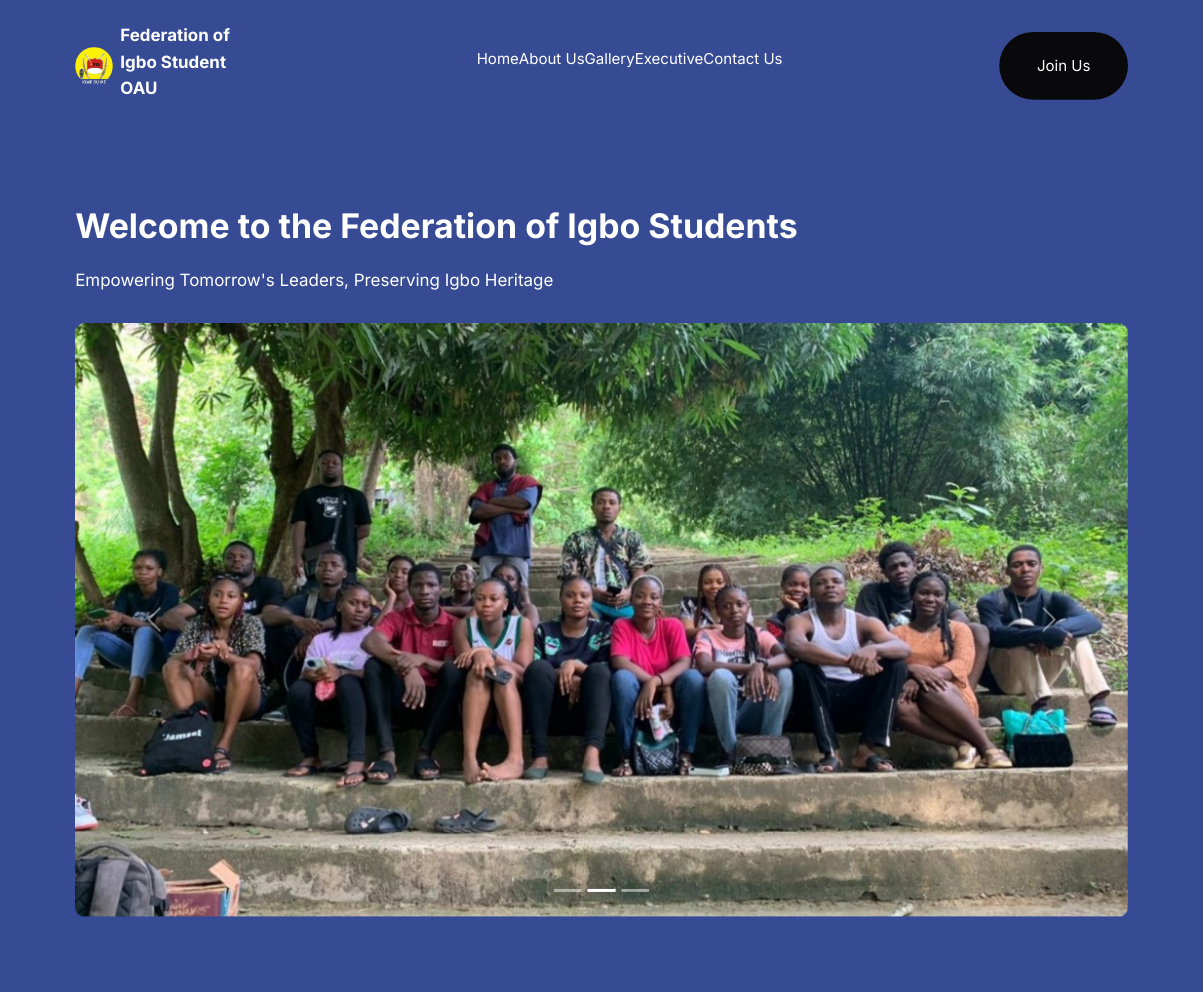
Repository: akinolapo/fis
Page: /
The author's editor kept a copy of each file at every save. The page is drawn from the files as they stood at one save, then again after the next save.
The browser window is 1280 px wide. The pictures show the whole page, at 94% of full size.
The project was rebuilt for these pictures with package versions that can differ from the ones it lists, and the page was loaded fresh each time. The framework's server and built-in components were replaced by stand-ins that run in the browser. Also part of the build but not shown: next.config.mjs.

Above is the page before, as saved 2024-05-05 15:24:17.

### app/layout.tsx
import type { Metadata } from "next";
import { Inter } from "next/font/google";
import "./globals.css";
import Header from "./components/Header/Header";



const inter = Inter({ subsets: ["latin"] });

export const metadata: Metadata = {
  title: "Federation of Igbo Student OAU",
  description: "Federation of Igbo Student OAU",
};

export default function RootLayout({
  children,
}: Readonly<{
  children: React.ReactNode;
}>) {
  return (
    <html lang="en">
      <body className={inter.className}>
        <Header/>
        {children}
        </body>
    </html>
  );
}

### app/page.tsx
import Hero from "./components/Hero/Hero";

export default function Home() {
  return (
    <main>
      <Hero/>
    </main>
  );
}

### app/globals.css
@tailwind base;
@tailwind components;
@tailwind utilities;z

*{
  margin: 0;
  padding: 0;
}

body {
  background: #364B94 !important;
  color: #ffffff;
  padding: 0 80px;
}

@layer utilities {
  .text-balance {
    text-wrap: balance;
  }
}

### app/components/Header/Header.tsx

const Header = () => {
  return (
    <header className="flex justify-between items-center py-4 text-white">
      {/* Logo and Site Title */}
      <div className="flex items-center">
        <img src="/logo.png" alt="Logo" className="w-10 h-10 mr-2" />
        <h1 className="text-lg font-bold">Federation of <br></br>Igbo Student<br></br> OAU</h1>
      </div>

      {/* Menu */}
      <nav className="flex justify-center flex-grow">
        <ul className="flex gap">
          <li className="cursor-pointer hover:text-gray-400">Home</li>
          <li className="cursor-pointer hover:text-gray-400">About Us</li>
          <li className="cursor-pointer hover:text-gray-400">Gallery</li>
          <li className="cursor-pointer hover:text-gray-400">Executive</li>
          <li className="cursor-pointer hover:text-gray-400">Contact Us</li>
        </ul>
      </nav>

      {/* Join Us Button */}
      <button className="rounded-full py-4 px-10 bg-zinc-950 hover:bg-black text-white">
        Join Us
      </button>
    </header>
  );
};

export default Header;

### app/components/Hero/Hero.tsx
import Image from "next/image";
import Slider from "../Slider/Slider";

const Hero = () => {
  return (
    <div className="text-white py-20">
      <h2 className="text-4xl font-bold mb-4">
        Welcome to the Federation of Igbo Students
      </h2>
      <p className="text-lg mb-8">
        Empowering Tomorrow's Leaders, Preserving Igbo Heritage
      </p>
      <Slider/>
    </div>
  );
};

export default Hero;

### app/components/Slider/Slider.tsx
'use client'
import { Carousel } from 'react-bootstrap'
import Image from 'next/image'

import './slider.css'
import './bootstrap.min.css';

const Slider = () => {
  return (
    <section className="slider-head">
      <Carousel className="slider" pause={false} interval={4000}>
        <Carousel.Item className="sliderWrapper">
          <div className="slideImg">
            <Image
              src="/images/hero.jpeg"
              alt="promotion"
              width={720}
              height={480}
              className="imageOverlay"
            />
          </div>
        </Carousel.Item>

        <Carousel.Item className="sliderWrapper">
          <div className="slideImg">
            <Image
              src="/images/hero.jpeg"
              alt="promotion"
              width={720}
              height={480}
              className="imageOverlay"
            />
          </div>
        </Carousel.Item>

        <Carousel.Item className="sliderWrapper">
          <div className="slideImg">
            <Image
              src="/images/hero.jpeg"
              alt="promotion"
              width={720}
              height={480}
              className="imageOverlay"
            />
          </div>
        </Carousel.Item>
      </Carousel>
    </section>
  )
}

export default Slider

### app/components/Slider/slider.css
/* slider.css */

.slider {
    position: relative;
  }


  .slideImg {
    position: relative;
  }

  .imageOverlay {
    width: 100%;
    height: auto;
    border-radius: 10px;
  }

Loaded but not shown: app/components/Slider/bootstrap.min.css (library); tailwind.config.ts (common file)

After the next save:
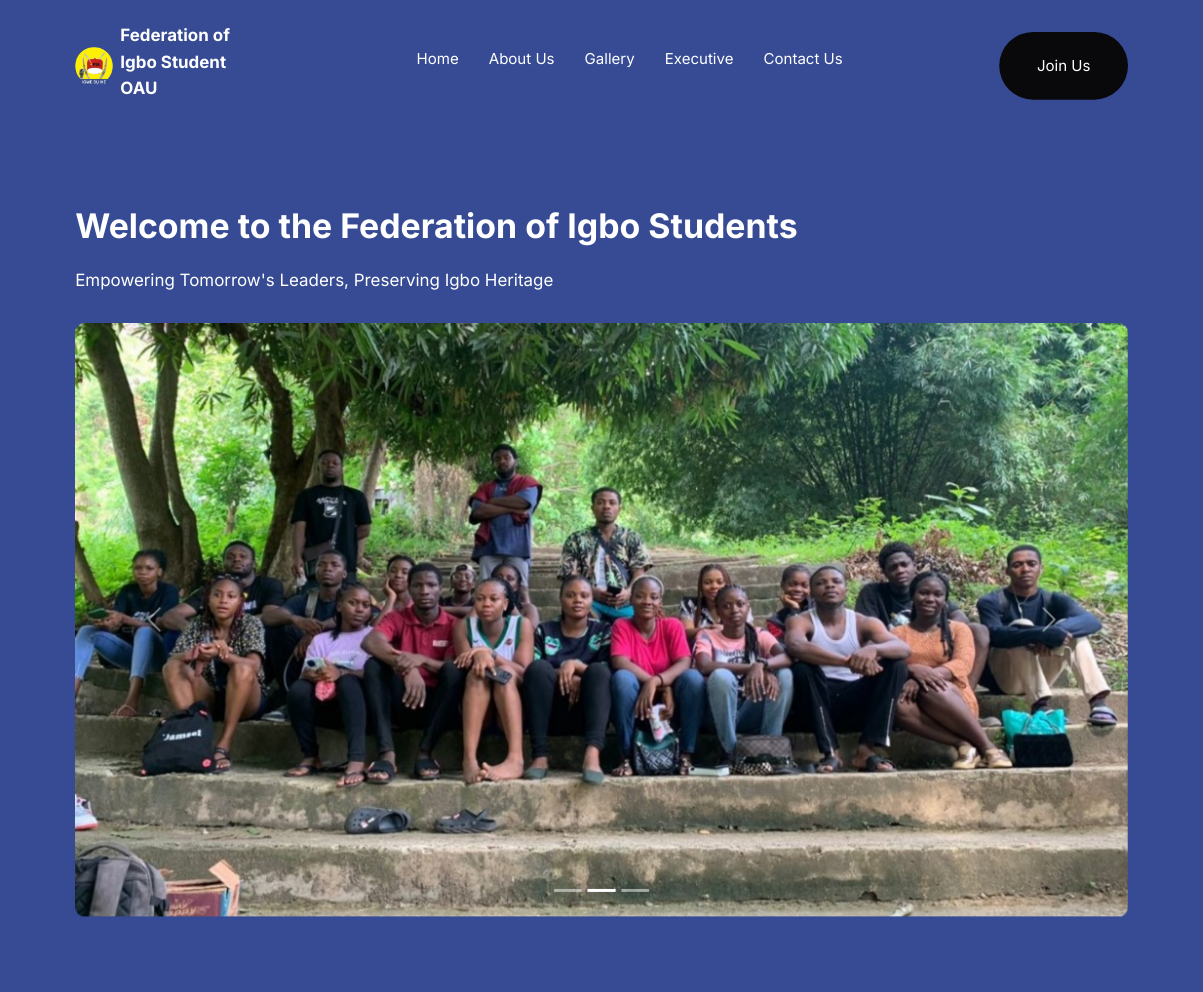
Saved 6 s later.
--- a/app/components/Header/Header.tsx
+++ b/app/components/Header/Header.tsx
@@ -10,7 +10,7 @@ const Header = () => {
 
       {/* Menu */}
       <nav className="flex justify-center flex-grow">
-        <ul className="flex gap">
+        <ul className="flex gap-8">
           <li className="cursor-pointer hover:text-gray-400">Home</li>
           <li className="cursor-pointer hover:text-gray-400">About Us</li>
           <li className="cursor-pointer hover:text-gray-400">Gallery</li>
